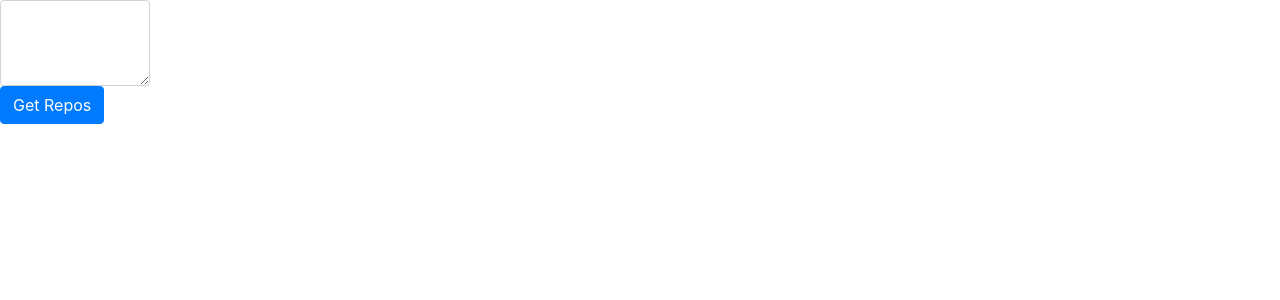
Repository: rashmikagamage/OAuth-Implementation
Page: / (app in frontend/)
These files come from the project's save history. The page is drawn as it stood at one moment and after the next save; the edit follows.
The browser window is 1280 px wide. The pictures show the whole page.
Some web libraries are served in a nearby version. The project was rebuilt for these pictures with package versions that can differ from the ones it lists, and the page was loaded fresh each time. Also part of the build but not shown: frontend/src/components/login.js, frontend/src/components/git-home.js, frontend/src/App.css.

Above is the page before, as saved 2021-09-08 09:51:06.

After the next save:
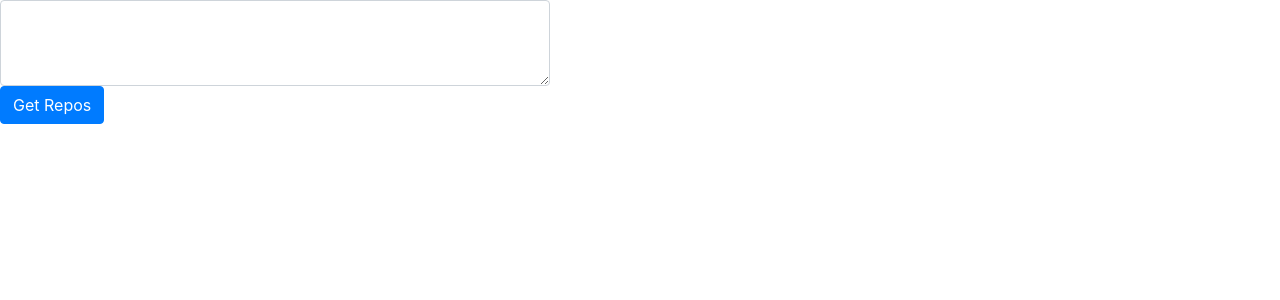
Saved 8 s later.
--- a/frontend/src/css/twitter.css
+++ b/frontend/src/css/twitter.css
@@ -11,5 +11,5 @@
     margin-left: 50px;
 }
 .text{
-    width: 150px;
+    width: 550px;
 }
